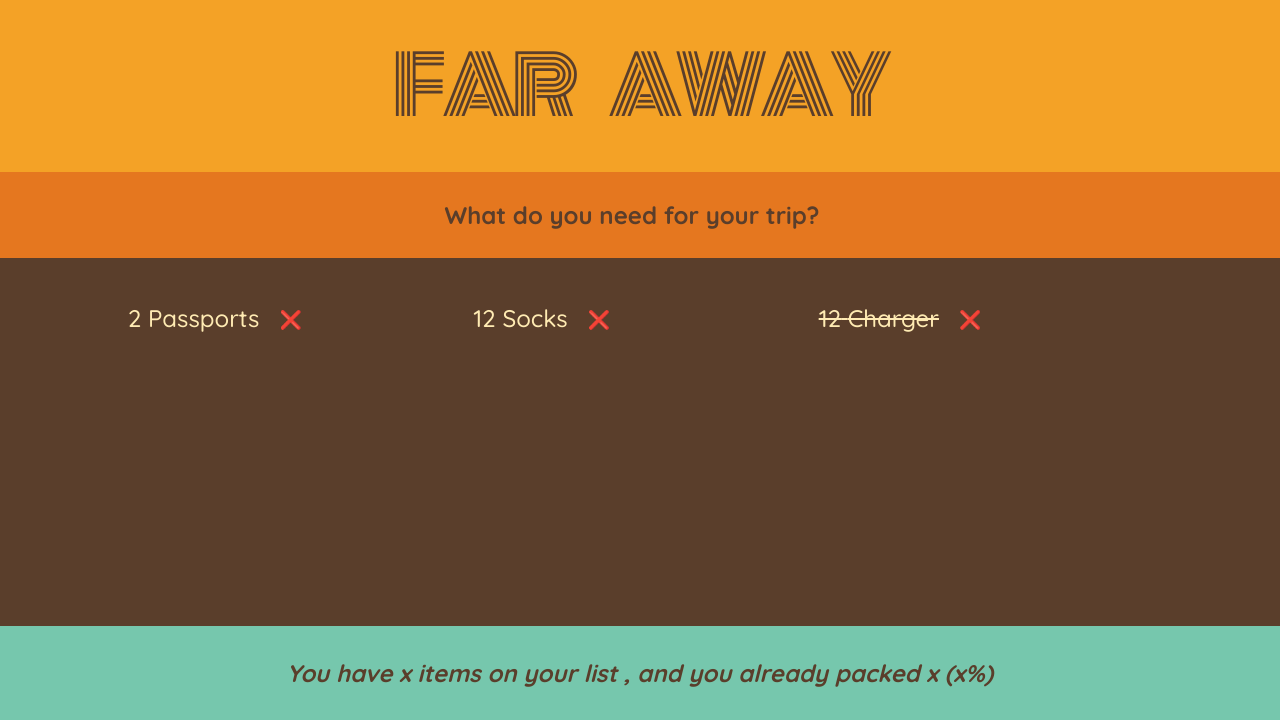
Repository: ahmedharidy/react-checklist
Page: /
An editor plug-in stored every save of this project. The page is shown before and after the next save, followed by the edit.
The browser window is 1280 px wide. The pictures show the whole page.
The project was rebuilt for these pictures with package versions that can differ from the ones it lists, and the page was loaded fresh each time.

Above is the page before, as saved 2026-09-28 12:07:47.

After the next save:
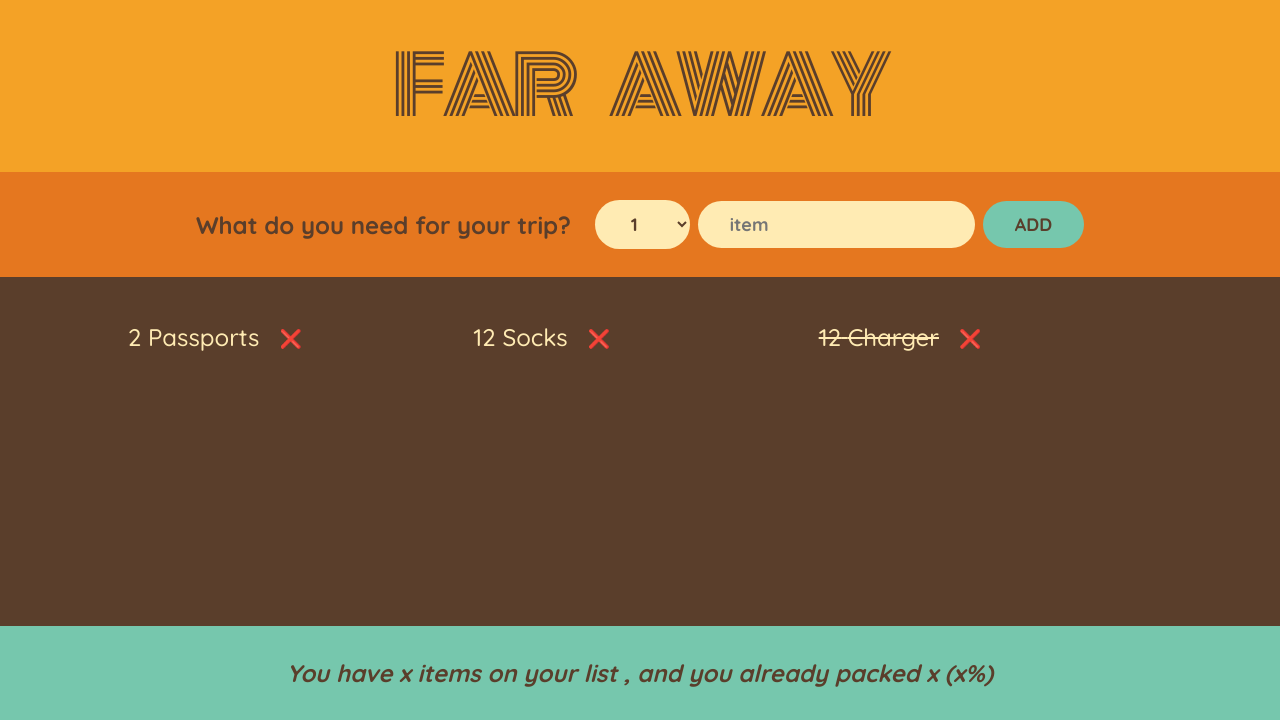
Saved 74 min 45 s later.
--- a/src/App.js
+++ b/src/App.js
@@ -21,9 +21,16 @@
 
 function Form() {
   return (
-    <div className="add-form">
+    <form className="add-form">
       <h3>What do you need for your trip? </h3>
-    </div>
+      <select>
+        <option value={1}>1</option>
+        <option value={2}>2</option>
+        <option value={3}>3</option>
+      </select>
+      <input type="text" placeholder="item" />
+      <button>Add</button>
+    </form>
   );
 }
 function PackingList() {
